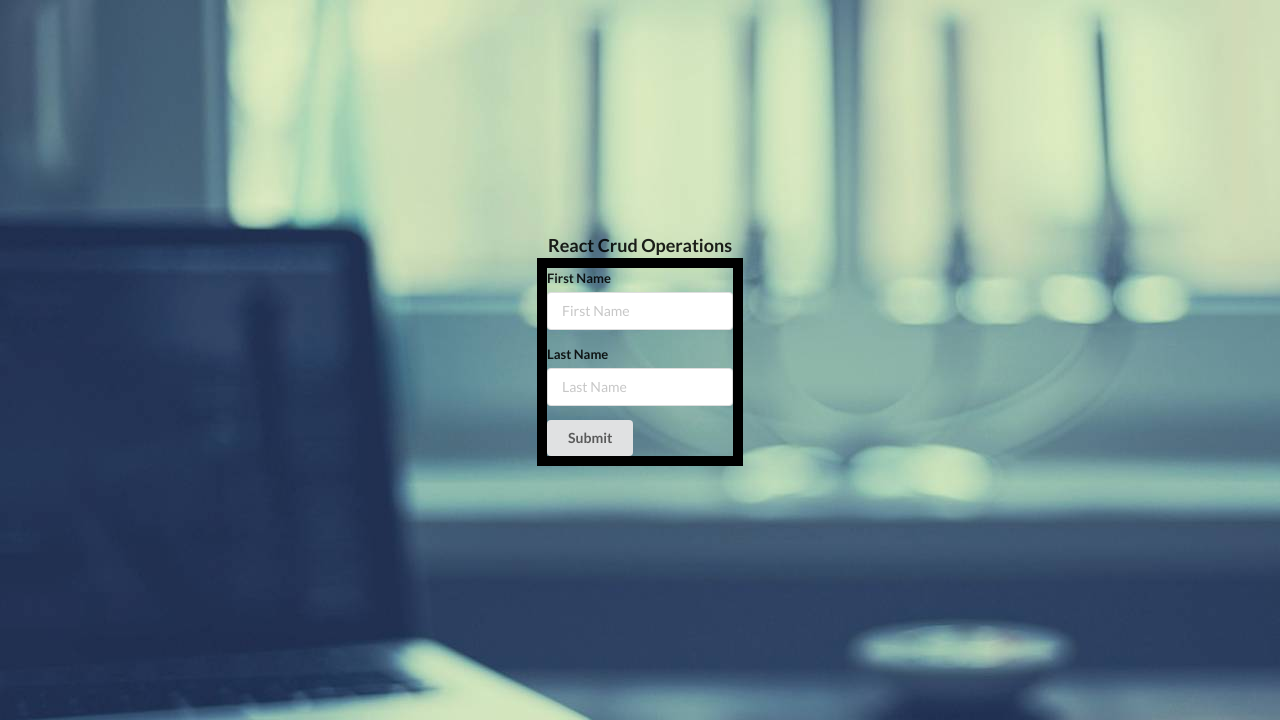
Repository: BhargavRudhra/React-CRUD
Page: /
The author's editor kept a copy of each file at every save. The page is drawn from the files as they stood at one save, then again after the next save.
The browser window is 1280 px wide. The pictures show the whole page.
The project was rebuilt for these pictures with package versions that can differ from the ones it lists, and the page was loaded fresh each time. Also part of the build but not shown: src/components/read/read.js, src/components/update/update.js.

Above is the page before, as saved 2022-06-22 23:13:34.

After the next save:
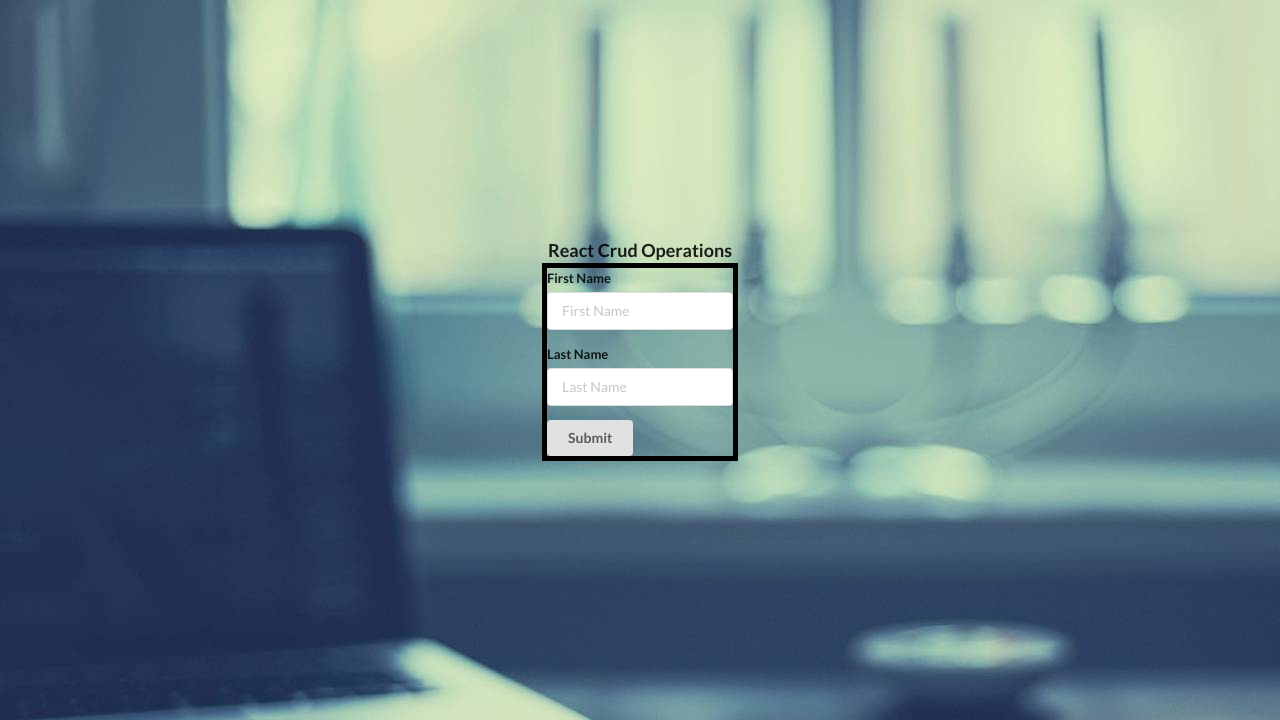
Saved 9 s later.
--- a/src/index.css
+++ b/src/index.css
@@ -1,3 +1,3 @@
 .form{
-    border: 10px solid black;
+    border: 5px solid black;
 }
